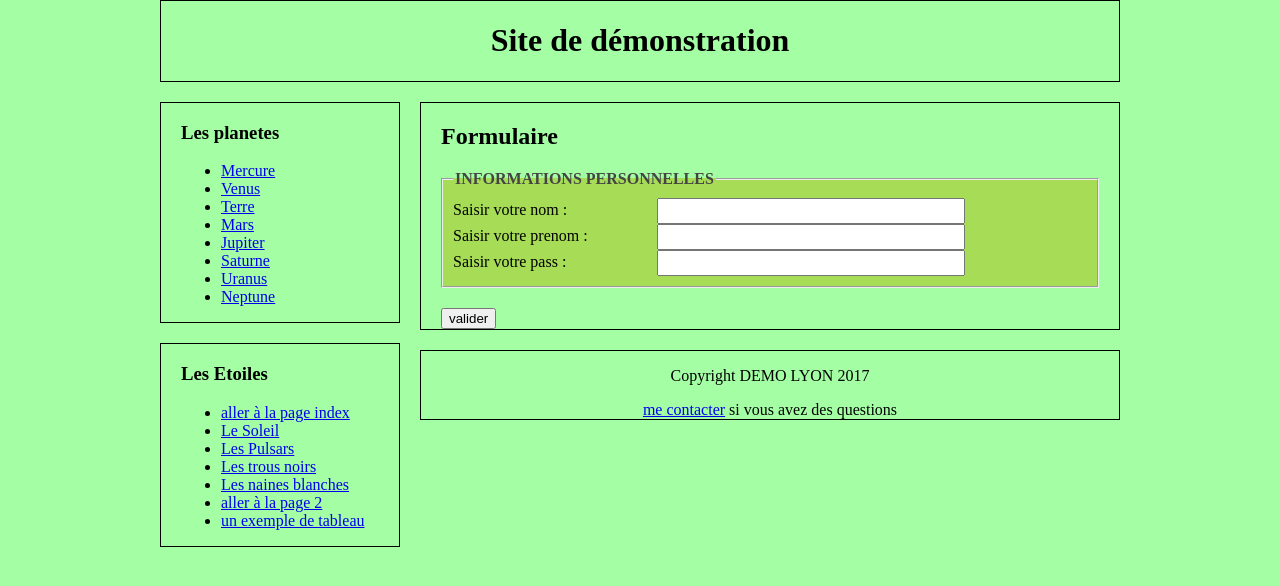
Repository: serviceshuios/-git-reference-java-lyon-worspace
Page: workspaceWeb/ModelePage1/WebContent/formulaire.html
These files come from the project's save history. The page is drawn as it stood at one moment and after the next save; the edit follows.
The browser window is 1280 px wide. The pictures show the whole page.

Above is the page before, as saved 2017-04-04 14:47:39.

After the next save:
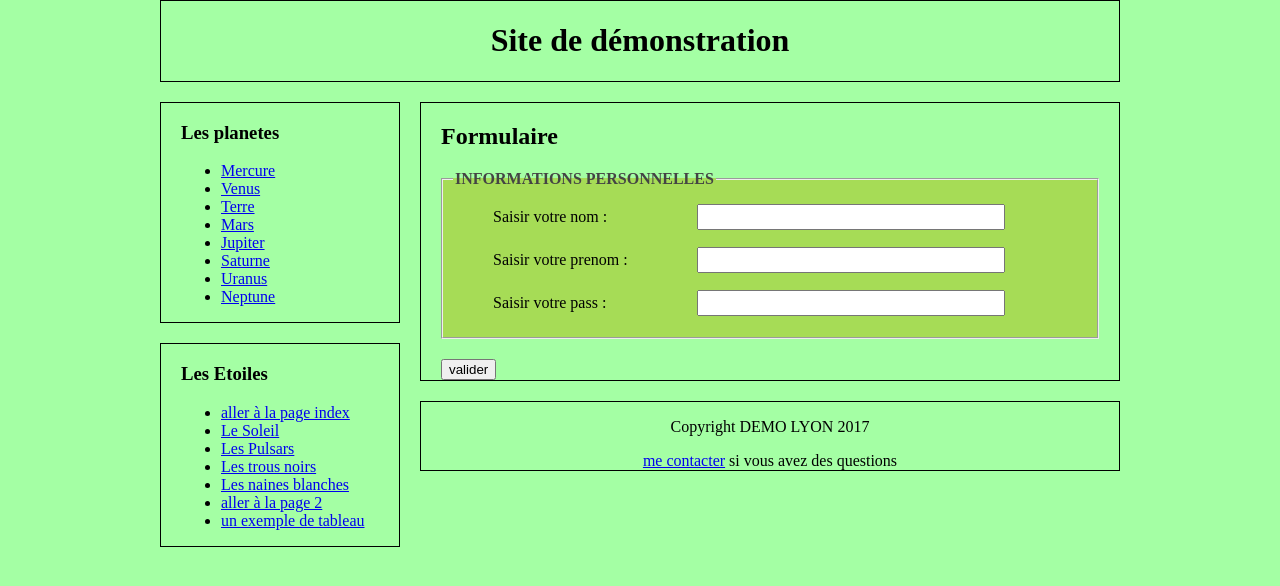
Saved 67 s later.
--- a/workspaceWeb/ModelePage1/WebContent/css/style.css
+++ b/workspaceWeb/ModelePage1/WebContent/css/style.css
@@ -26,7 +26,7 @@ legend{
 #section-1 label {
 	display:inline-block;
 	width: 200px;
-	padding:10 px 0px 15px
+	padding:10px 0px 15px 40px;
 }
 @media screen and (max-width:680px) {
 	body {
